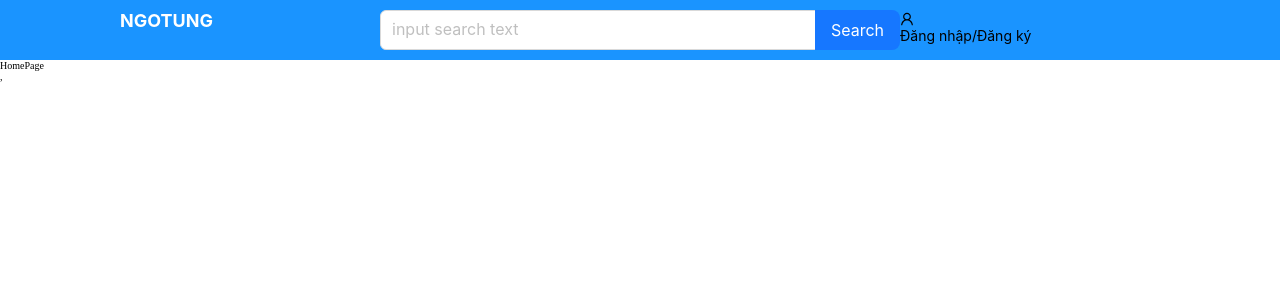
Repository: NgoThanhTung-2002/Youtube_Project
Page: /
An editor plug-in stored every save of this project. The page is shown before and after the next save, followed by the edit.
The browser window is 1280 px wide. The pictures show the whole page.
The project was rebuilt for these pictures with package versions that can differ from the ones it lists, and the page was loaded fresh each time. Also part of the build but not shown: src/pages/NotFoundPage/NotFoundPage.jsx. Imported but missing from the stored project, and not drawn on this page: src/pages/OrderPage/OrderPage, src/pages/ProductsPage/ProductsPage.

Above is the page before, as saved 2023-09-26 12:14:58.

After the next save:
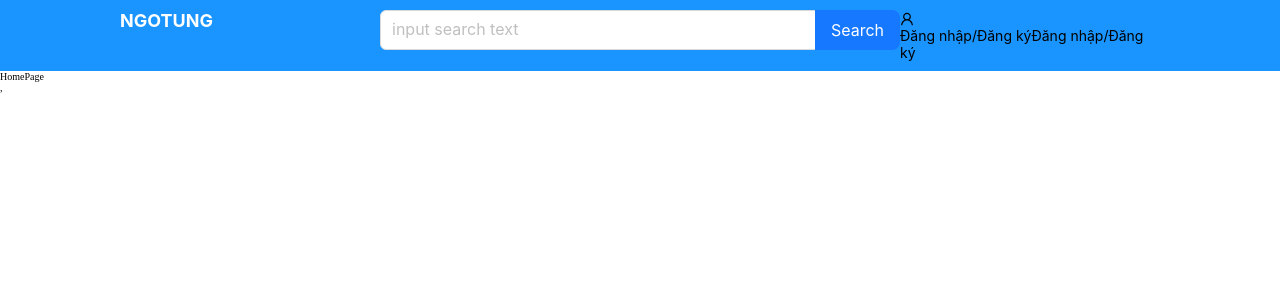
Saved 6 s later.
--- a/src/components/HeaderComponent/HeaderComponent.jsx
+++ b/src/components/HeaderComponent/HeaderComponent.jsx
@@ -27,6 +27,7 @@
                 <UserOutlined />
                 <div>
                     <span>Đăng nhập/Đăng ký</span>
+                    <span>Đăng nhập/Đăng ký</span>
                 </div>
 
             </div>

After the save that followed:
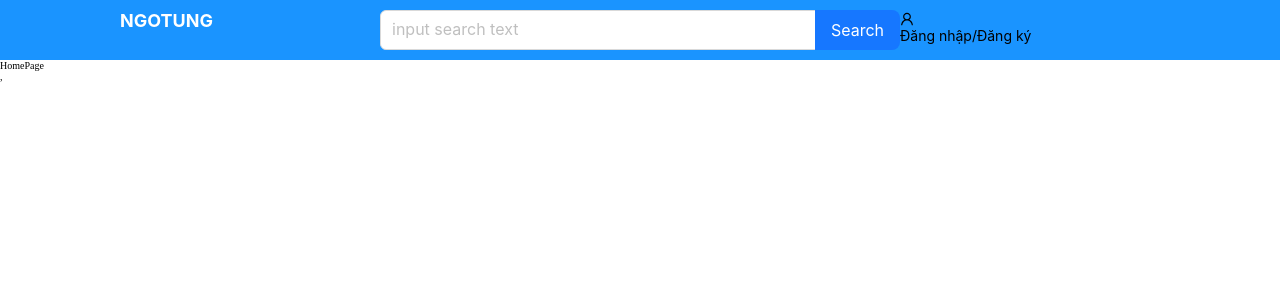
Saved 5 s later.
--- a/src/components/HeaderComponent/HeaderComponent.jsx
+++ b/src/components/HeaderComponent/HeaderComponent.jsx
@@ -27,7 +27,7 @@
                 <UserOutlined />
                 <div>
                     <span>Đăng nhập/Đăng ký</span>
-                    <span>Đăng nhập/Đăng ký</span>
+                    <span></span>
                 </div>
 
             </div>
